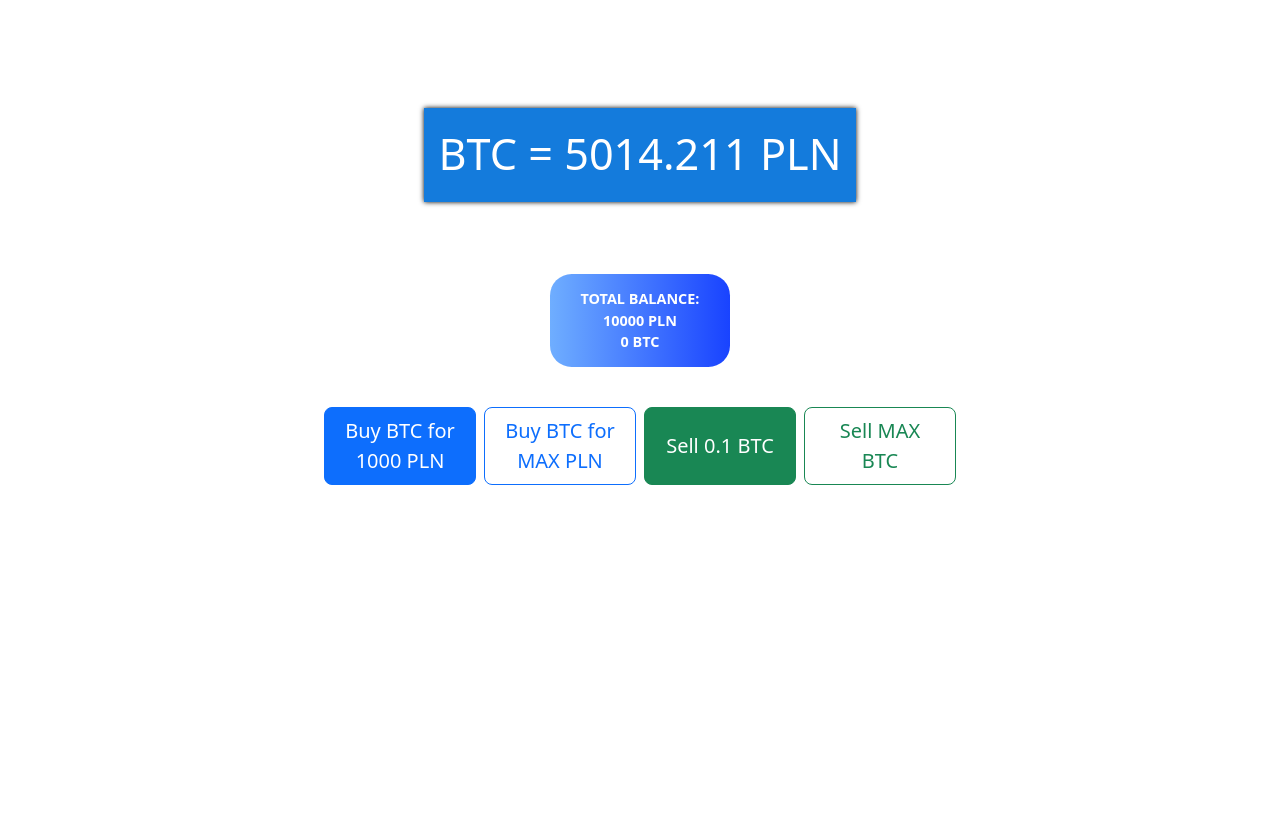
Repository: michalgornicki/bitcoin-virtual
Page: /
These files come from the project's save history. The page is drawn as it stood at one moment and after the next save; the edit follows.
The browser window is 1280 px wide. The pictures show the whole page.
The project was rebuilt for these pictures with package versions that can differ from the ones it lists, and the page was loaded fresh each time.

Above is the page before, as saved 2021-12-05 22:55:11.

After the next save:
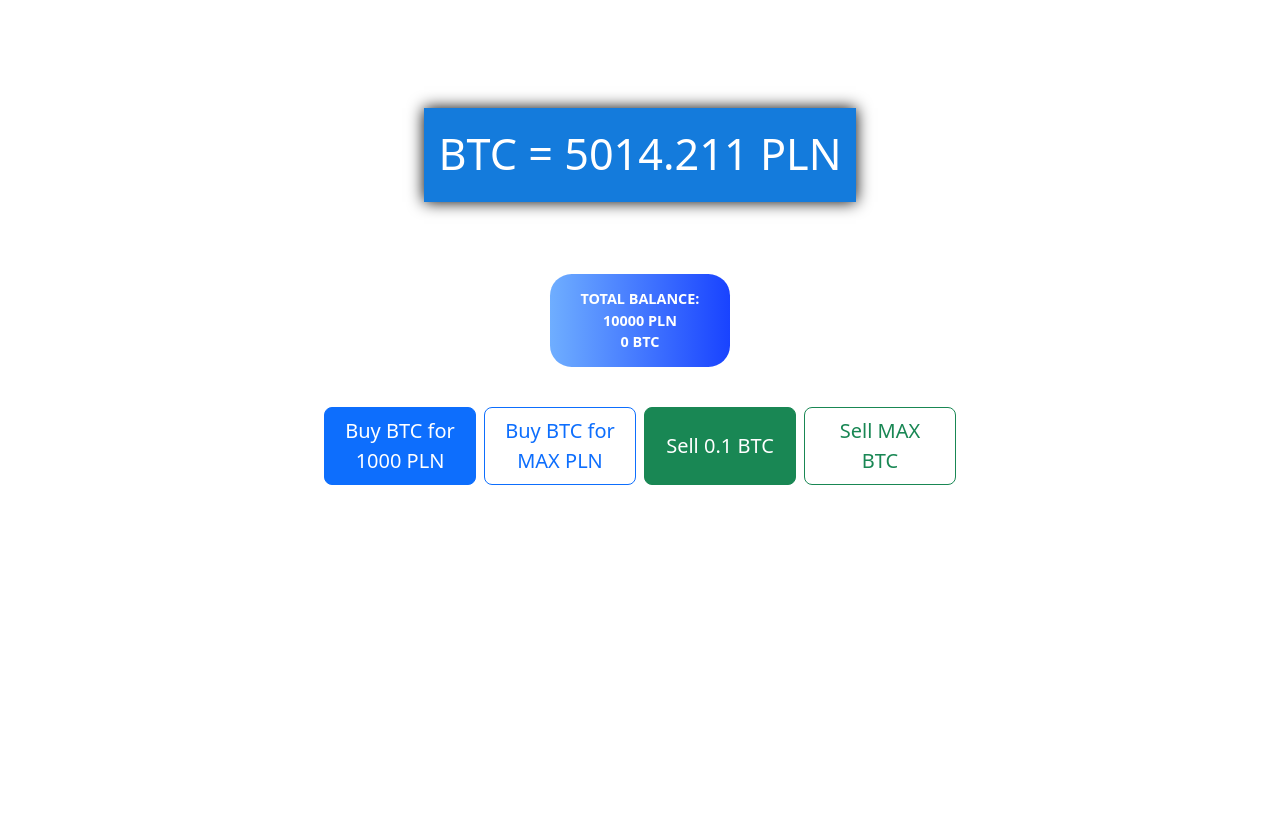
Saved 7 s later.
--- a/src/App.css
+++ b/src/App.css
@@ -20,7 +20,7 @@ body{
     width: fit-content;
     color: rgb(255, 255, 255);
     background-color: rgb(20, 123, 220);
-    box-shadow: 0px 0px 5px black;
+    box-shadow: 0px 0px 15px black;
 }
 
 .account-container{
